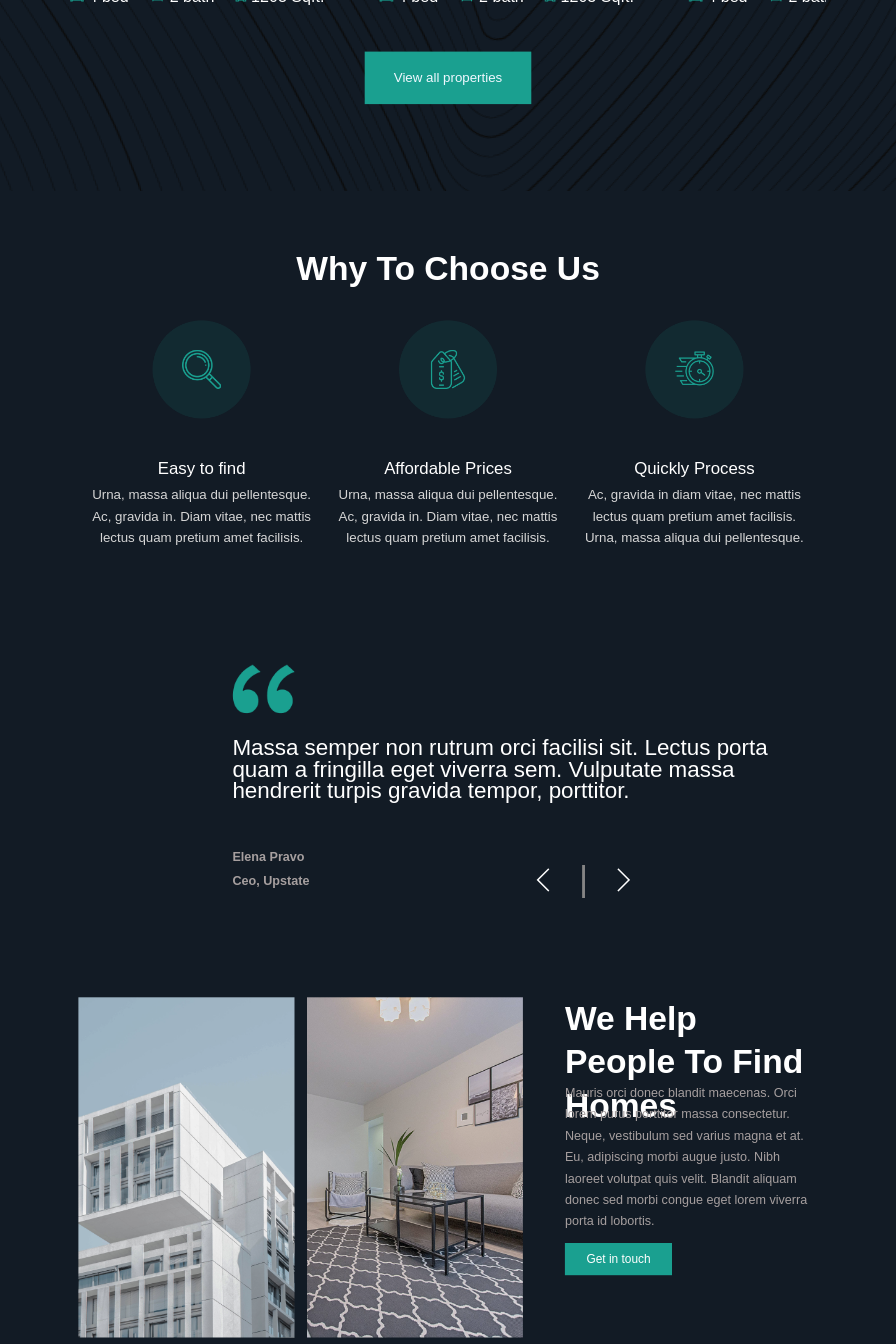
Repository: tung1233hhhhhhhhhhhhh/WebClone-Home
Page: index.html
These files come from the project's save history. The page is drawn as it stood at one moment and after the next save; the edit follows.
The browser window is 1280 px wide. The pictures show the part of the page from y = 1794 to 3714 px (the page is 3714 px tall), at 70% of full size.

Above is the page before, as saved 2023-05-24 21:28:46.

After the next save:
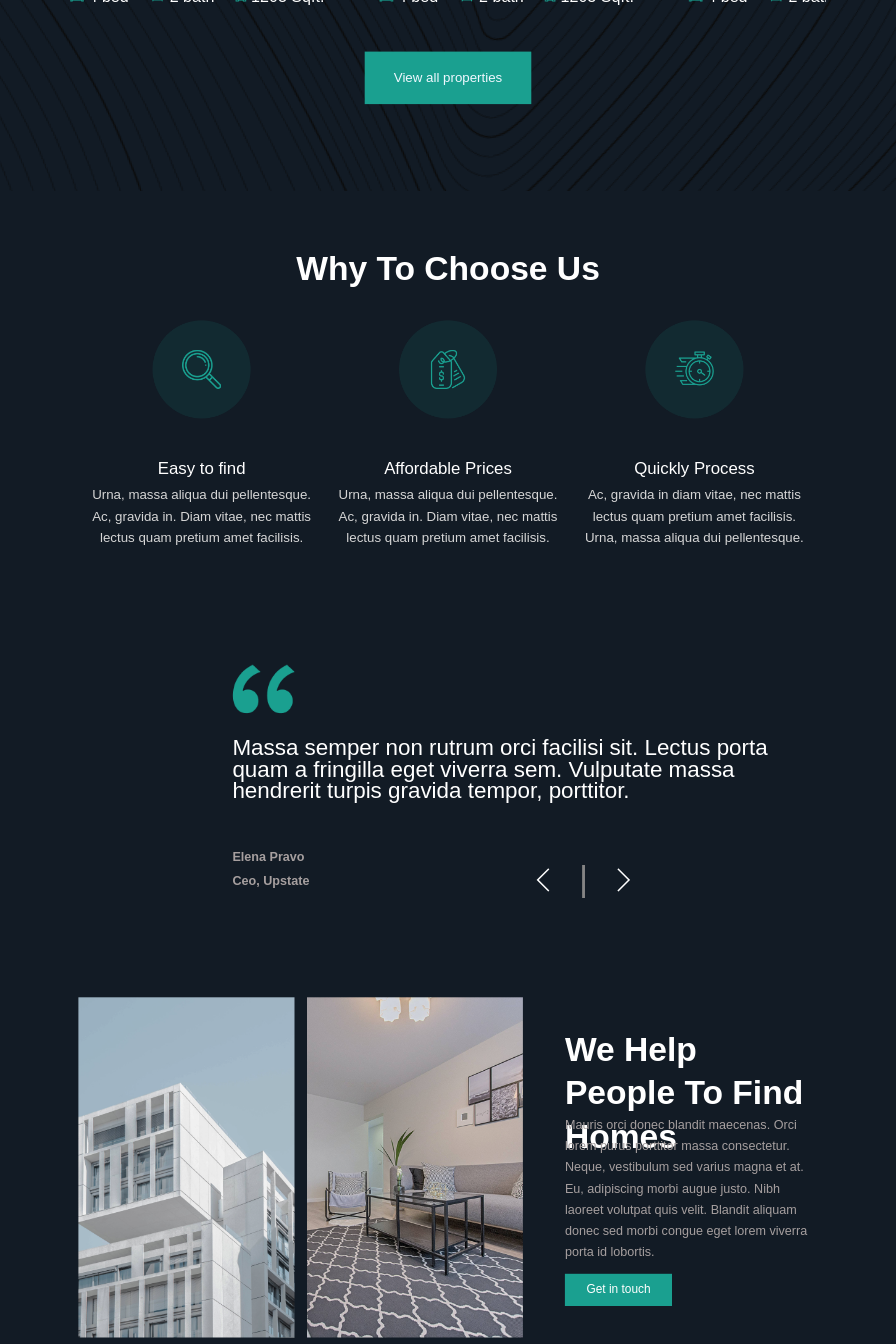
Saved 3 min 16 s later.
--- a/assets/css/main.css
+++ b/assets/css/main.css
@@ -489,6 +489,9 @@ body {
     height: 100%;
     padding-left: 60px;
     padding-right: 12px;
+    display: flex;
+    flex-direction: column;
+    justify-content: center;
 }
 
 #help .help-text>h2 {
